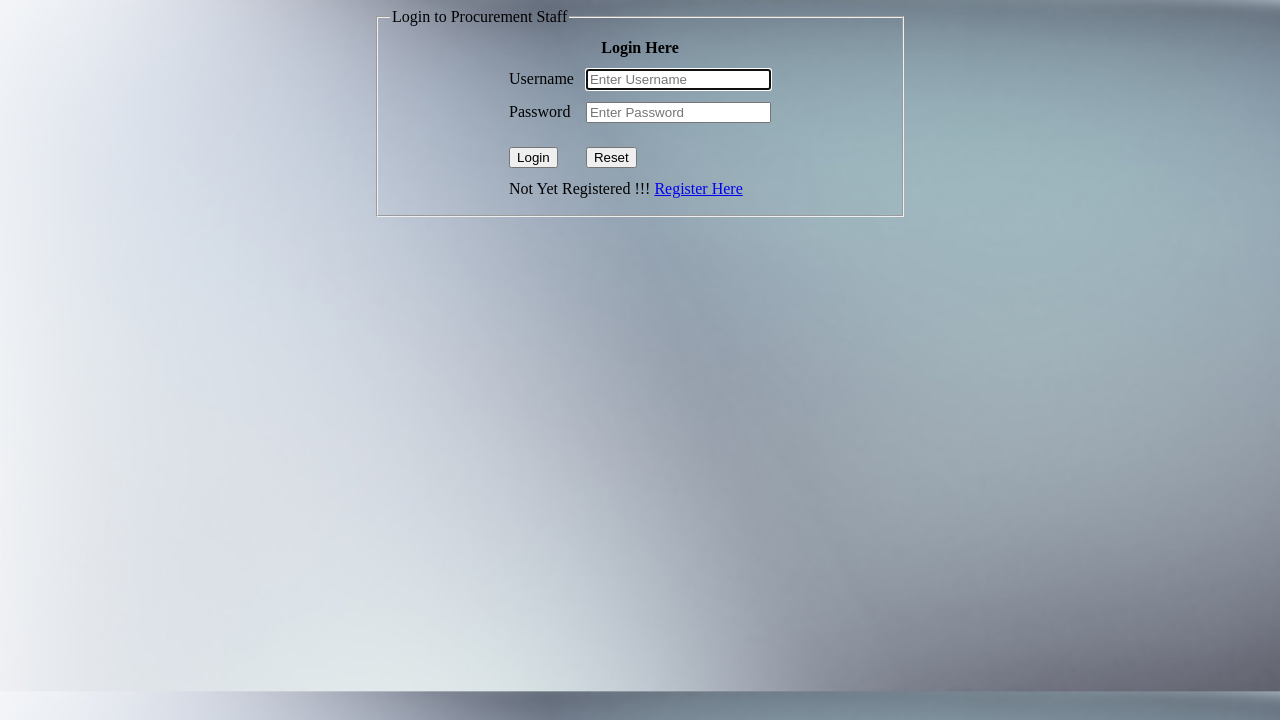
Repository: nirmaniPathiranage/CSSE-Procurement-Management
Page: http://localhost/Item_Management/Login.jsp
An editor plug-in stored every save of this project. The page is shown before and after the next save, followed by the edit.
The browser window is 1280 px wide. The pictures show the whole page.
The page is served by Tomcat 9. Other server files are loaded and not shown.

Above is the page before, as saved 2019-09-29 17:39:17.

### Item_Management/WebContent/Login.jsp
<%@ page language="java" contentType="text/html; charset=ISO-8859-1"
	pageEncoding="ISO-8859-1"%>
<!DOCTYPE html PUBLIC "-//W3C//DTD HTML 4.01 Transitional//EN" "http://www.w3.org/TR/html4/loose.dtd">
<html>
<head>
<meta http-equiv="Content-Type" content="text/html; charset=ISO-8859-1">
<title>Login Application</title>
<style>
body{

	background:url('bg1.jpg');
	background-size: cover;
}
</style>
<script>
	function validate() {
		var username = document.form.username.value;
		var password = document.form.password.value;

		if (username == null || username == "") {
			alert("Username cannot be blank");
			return false;
		} else if (password == null || password == "") {
			alert("Password cannot be blank");
			return false;
		}
	}
</script>
</head>
<body>
<form name="form" action="LoginServlet" method="post"
		onSubmit="return validate();">
		<center>
			<fieldset style="width: 500px">
				<legend> Login to Procurement Staff</legend>
				<table border="0" width="50%" cellpadding="5">
					<tr>
						<th colspan="2">Login Here</th>
					</tr>
					<tbody>
						<tr>
							<td>Username</td>
							<td><input type="text" name="username" value="" autofocus
								placeholder="Enter Username" autocomplete="off" required /></td>
						</tr>
						<tr>
							<td>Password</td>
							<td><input type="password" name="password" value=""
								placeholder="Enter Password" autocomplete="off" required /></td>
						</tr>
						<tr>
							<td><span style="color: red"><%=(request.getAttribute("errMessage") == null) ? "" : request.getAttribute("errMessage")%></span></td>
						</tr>
						<tr>
							<td><input type="submit" value="Login"></input></td>
							<td><input type="reset" value="Reset"></input></td>
						</tr>
						<tr>
							<td colspan="2">Not Yet Registered !!! <a
								href="Register.jsp">Register Here</a></td>
						</tr>
					</tbody>
				</table>
			</fieldset>
		</center>
	</form>
</body>
</html>

After the next save:
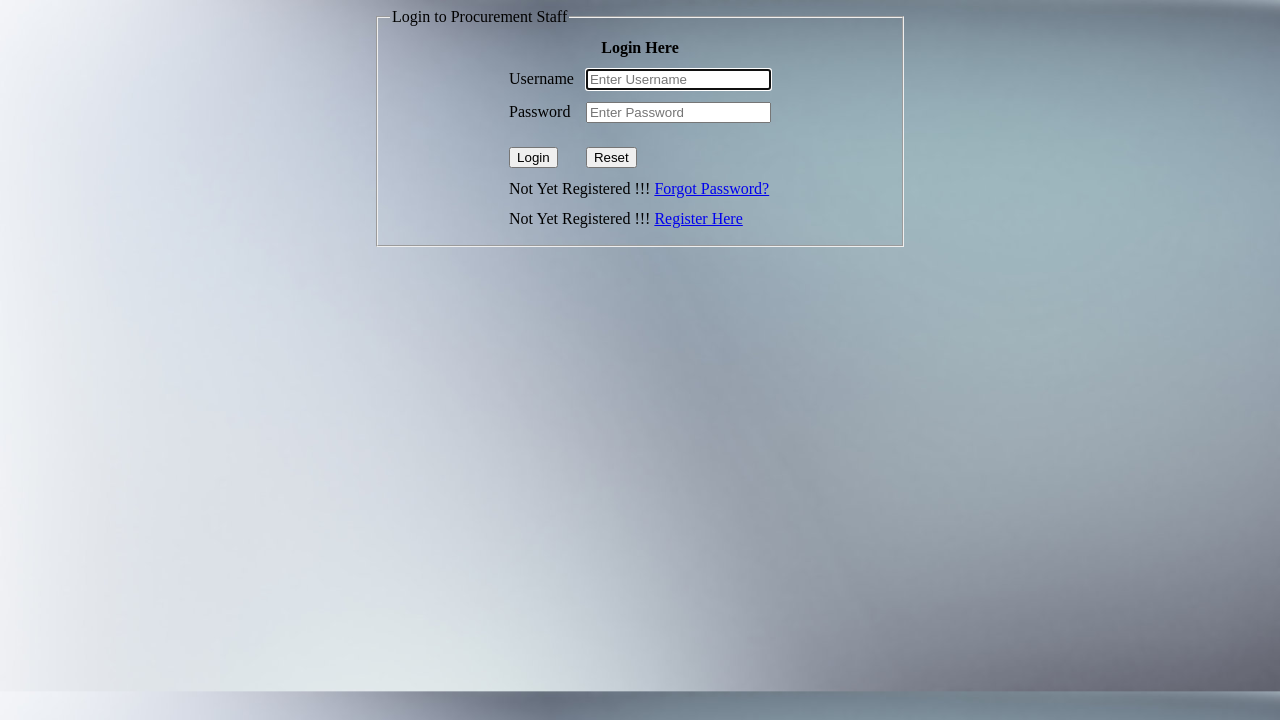
Saved 3 min 22 s later.
--- a/Item_Management/WebContent/Login.jsp
+++ b/Item_Management/WebContent/Login.jsp
@@ -57,6 +57,10 @@ body{
 						</tr>
 						<tr>
 							<td colspan="2">Not Yet Registered !!! <a
+								href="###">Forgot Password?</a></td>
+						</tr>
+						<tr>
+							<td colspan="2">Not Yet Registered !!! <a
 								href="Register.jsp">Register Here</a></td>
 						</tr>
 					</tbody>
